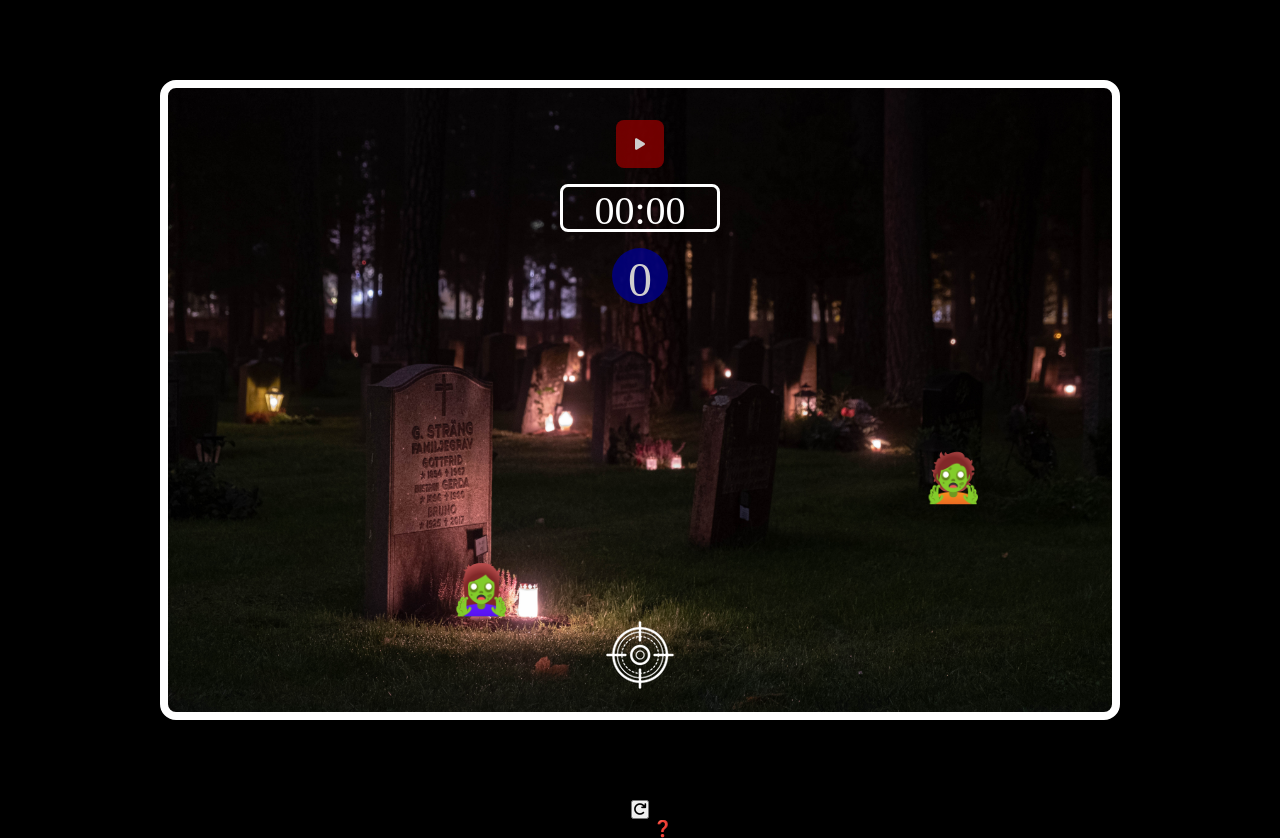
Repository: MrJinkyu/ZombieGame
Page: index.html
These files come from the project's save history. The page is drawn as it stood at one moment and after the next save; the edit follows.
The browser window is 1280 px wide. The pictures show the whole page.
Some web libraries are served in a nearby version.

Above is the page before, as saved 2023-04-08 22:18:44.

### index.html
<!DOCTYPE html>
<html lang="en">
<head>
    <meta charset="UTF-8">
    <meta http-equiv="X-UA-Compatible" content="IE=edge">
    <meta name="viewport" content="width=device-width, initial-scale=1.0">
    <title>Zombie Game</title>
    <link rel="stylesheet" href="style.css">
    <script src="main.js" defer></script>
    <script src="https://kit.fontawesome.com/83424fe51a.js" crossorigin="anonymous"></script>
</head>
<body>
    <section class="game">
        <haeder class="game__header">
            <img src="img/target.png" alt="target" class="game__target">
            <button class="game__btn">
                <i class="fa-sharp fas fa-play"></i>
            </button>
            <span class="game__timer">00:00</span>
            <span class="game__score">0</span>
        </haeder>
        <section class="game__field">
            <span id="zombie1" class="zombie">🧟‍♂️</span>
            <span id="zombie2" class="zombie">🧟</span>
            <span id="zombie3" class="zombie">🧟‍♀️</span>
        </section>
    </section>
    <section class="pop-up">
        <button class="pop-up__refresh">
            <i class="fa fa-rotate-right"></i>
        </button>
        <div class="pop-up__message">Replay❓</div>
    </section>
</body>
</html>

### style.css
*{
    box-sizing: border-box;
    margin: 0;
    padding: 0;
}

body{
    text-align: center;
    background-color: black;
}

.game{
    background: url('img/background.jpg') center/cover;
    margin: 5rem auto;
    width: 60rem;
    height: 40rem;
    border: 0.5rem solid white;
    border-radius: 1rem;
}

.game__header{
    display: flex;
    flex-direction: column;
    align-items: center;
    height: 40%;
}

.game__target{
    position: absolute;
    bottom: 5px;
}

.game__btn{
    margin-top: 2rem;
    width: 3rem;
    height: 3rem;
    background-color: darkred;
    color: white;
    border: none;
    border-radius: 0.5rem;
    outline: none;
    opacity: 0.8;
    transition: all 300ms ease-in;
}

.game__btn:hover{
    transform: scale(1.1);
    opacity: 1;
}

.game__timer{
    margin-top: 1rem;
    width: 10rem;
    height: 3rem;
    border-radius: 0.5rem;
    border: 3px solid white;
    color: white;
    line-height: 3rem;
    font-size: 2.5rem;
    cursor: auto;
    user-select: none;
}

.game__score{
    margin-top: 1rem;
    width: 3.5rem;
    height: 3.5rem;
    font-size: 3rem;
    line-height: 4rem;
    border-radius: 50%;
    background-color: darkblue;
    color: white;
    cursor: auto;
    user-select: none;
    opacity: 0.8;
}

.game__field{
    width: 100%;
    height: 60%;
    position: relative;
}

.zombie{
    position: absolute;
    font-size: 3rem;
}

#zombie1{
    top: 60%;
    left: 30%;
}

#zombie2{
    top: 30%;
    left: 80%;
}

#zombie3{
    top: 60%;
    left: 30%;
}

Loaded but not shown: main.js (no copy from this time; the picture is the same without it)

After the next save:
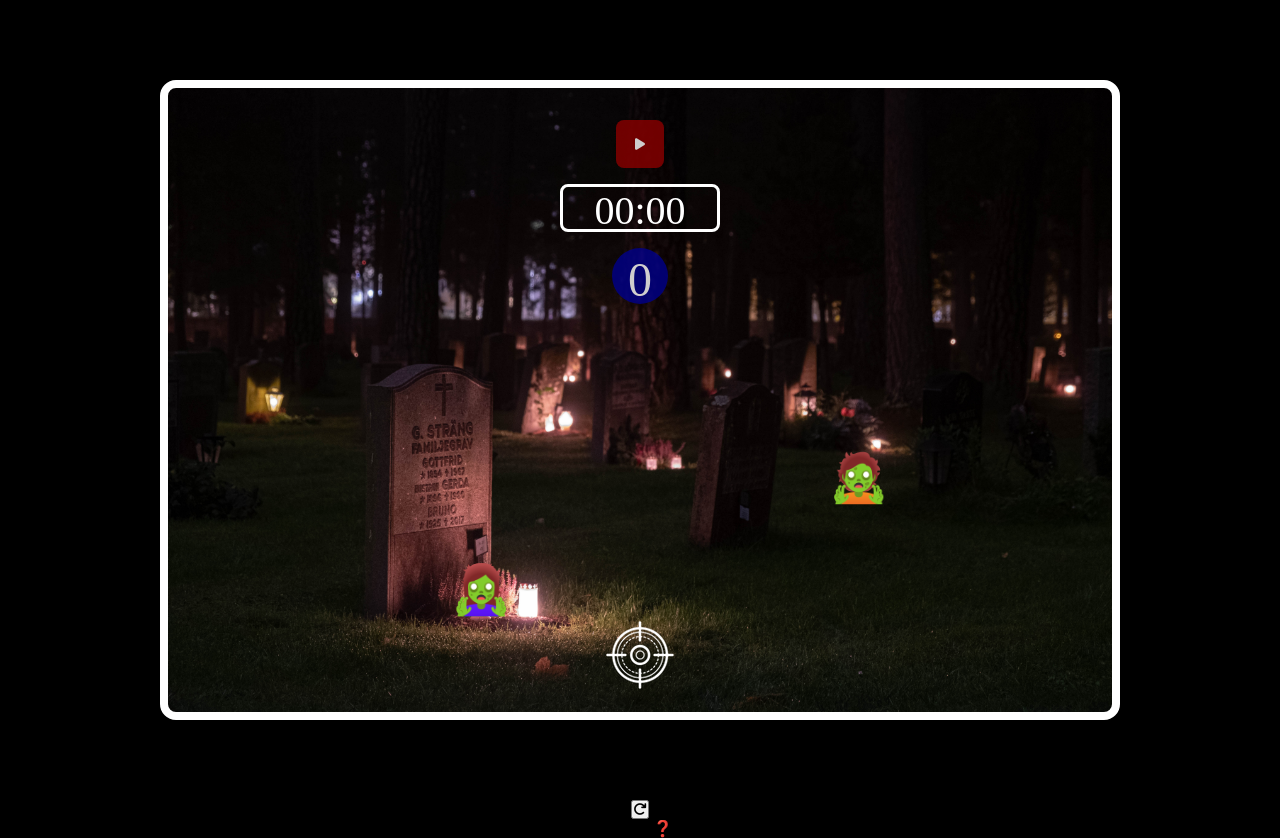
Saved 4 s later.
--- a/style.css
+++ b/style.css
@@ -93,7 +93,7 @@ body{
 
 #zombie2{
     top: 30%;
-    left: 80%;
+    left: 70%;
 }
 
 #zombie3{
